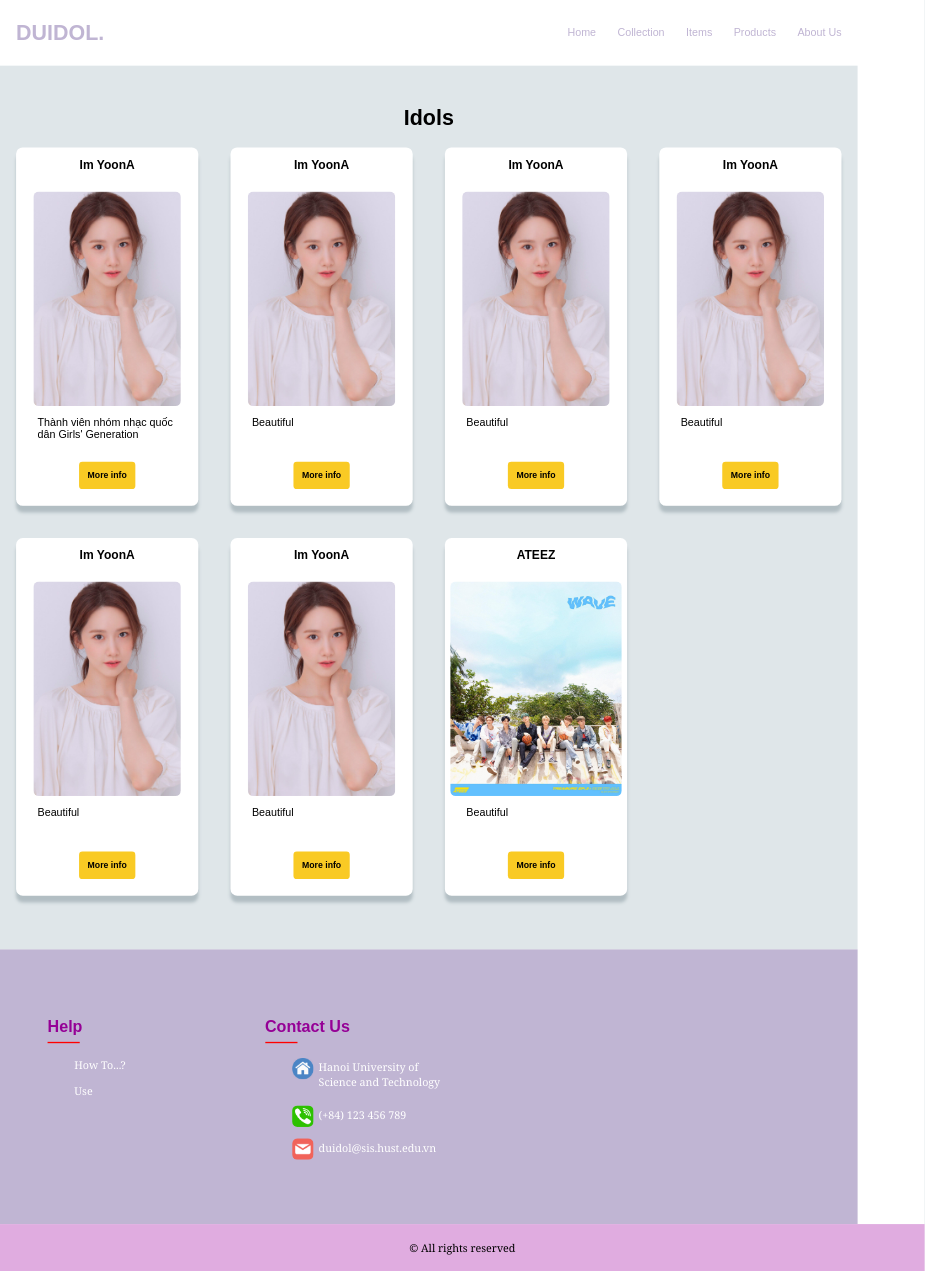
Repository: hangvtt183524/Cong_nghe_Web_va_dich_vu_truc_tuyen_20202
Page: ProjectWeb/src/View/html/idol_list.html
The author's editor kept a copy of each file at every save. The page is drawn from the files as they stood at one save, then again after the next save.
The browser window is 1280 px wide. The page is 1380 px wide, then 1280 px, so the pictures cover 1380 px, including what lies to the right of the window. The pictures show the whole page, at 67% of full size.

Above is the page before, as saved 2021-05-06 15:44:10.

### ProjectWeb/src/View/html/idol_list.html
<html>
	<head>
		<title>Idol List</title>
		<link rel="stylesheet" href="../css/idol_list.css">
		<link rel="stylesheet" href="../css/welcome_page.css">
	</head>
	<body>
		<header>
			<a href="" class="logo">DUIDOL.</a>
            <ul class="navigation">
                <li><a href="">Home</a></li>
                <li><a href="">Collection</a></li>
                <li><a href="">Items</a></li>
                <li><a href="">Products</a></li>
                <li><a href="">About Us</a></li>
            </ul>
		</header>
		<section class="idol-list">
			<div>
				<h1 class="align-center">Idols</h1>
			</div>
			<div class="idol-container">
				<div class="card">
					<div class="name">Im YoonA</div>
					<div class="image">
						<img src="../image/yoona.jpg">
					</div>
					<div class="textblock">
					<div class="text">Thành viên nhóm nhạc quốc dân Girls' Generation</div>
					</div>
					<div>
						<div class="btnblock">
						<a href="../html/info.html" class="info-button">More info</a>
						</div>
					</div>
				</div>



				<div class="card">
					<div class="name">Im YoonA</div>
					<div class="image">
						<img src="../image/yoona.jpg">
					</div>
					<div class="textblock">
					<div class="text">Beautiful</div>
					</div>

					<div>
						<div class="btnblock">
						<a href="../html/info.html" class="info-button">More info</a>
						</div>
					</div>
				</div>



				<div class="card">
					<div class="name">Im YoonA</div>
					<div class="image">
						<img src="../image/yoona.jpg">
					</div>
					<div class="textblock">
					<div class="text">Beautiful</div>
					</div>
					<div>
						<div class="btnblock">
						<a href="../html/info.html" class="info-button">More info</a>
						</div>
					</div>
				</div>

				<div class="card">
					<div class="name">Im YoonA</div>
					<div class="image">
						<img src="../image/yoona.jpg">
					</div>
					<div class="textblock">
					<div class="text">Beautiful</div>
					</div>
					<div>
						<div class="btnblock">
						<a href="../html/info.html" class="info-button">More info</a>
						</div>
					</div>
				</div>

				<div class="card">
					<div class="name">Im YoonA</div>
					<div class="image">
						<img src="../image/yoona.jpg">
					</div>
					<div class="textblock">
					<div class="text">Beautiful</div>
					</div>
					<div>
						<div class="btnblock">
						<a href="../html/info.html" class="info-button">More info</a>
						</div>
					</div>
				</div>

				<div class="card">
					<div class="name">Im YoonA</div>
					<div class="image">
						<img src="../image/yoona.jpg">
					</div>
					<div class="textblock">
					<div class="text">Beautiful</div>
					</div>
					<div>
						<div class="btnblock">
						<a href="../html/info.html" class="info-button">More info</a>
						</div>
					</div>
				</div>

				<div class="card">
					<div class="name">ATEEZ</div>
					<div class="image">
						<img src="../image/ateez-list.jpg">
					</div>
					<div class="textblock">
					<div class="text">Beautiful</div>
					</div>
					<div>
						<div class="btnblock">
						<a href="../html/info.html" class="info-button">More info</a>
						</div>
					</div>
				</div>

			</div>
		</section>
		<footer>
			<div class="container">
				<div class="row">
					<div class="footer-col">
						<h4>Help</h4>
						<ul>
							<li><a href="">How to...?</a>
							<li><a href="">Use</a>
						</ul>
					</div>
					<div class="footer-col">
						<h4>Contact us</h4>
						<ul>
							<li><img src="../image/address_icon.jpg">
							<p>Hanoi University of <br>Science and Technology</p>
							<li><img src="../image/phone_icon.png">
							<p>(+84) 123 456 789</p>
							<li><img src="../image/mail_icon.png">
							<p>duidol@sis.hust.edu.vn</p>
						</ul>
					</div>
				</div>
			</div>
		</footer>
		<div class="copyrightText"><p>© All rights reserved</p></div>
	</body>
</html>

### ProjectWeb/src/View/css/idol_list.css
body {
    font-family: sans-serif;
    margin: 0;
}

.idol-list {
	background-color:#dfe6e9;
	padding-bottom: 5em;
    align-items: center;
    padding-top: 2em;
}

h1 {
	font-size: 2em;
	font-weight: bold;
}
.idol-list .card {
	background-color: white;
	width: 16em;

	margin: auto;
	border-radius: 10px;
	padding: 1em;
	box-shadow: 0px 10px 5px #b2bec3;
	text-align: center;
	font-family: sans-serif;
	max-width: 75%;
	padding-bottom: 30px;
}
.idol-list .card:hover {
	box-shadow: 15px 15px 15px #b2bec3;
	background: #FFEAFF;
}
.card .name {
	font-size: 18px;
	font-weight: bold;
	padding-bottom: 0.7em;
}

.card .image {
	margin-top: 1em;
	width: 100%;
    height: 20em;
    position: relative;
}
.card .image img {
	max-height: 100%;
	border-radius: 0.5em;
	object-fit: cover;
	position: absolute;
	top: 50%;
    transform: translate(-50%, -50%);
}

.card .textblock {
	height: 4em;
	margin-left: 1em;
	margin-right: 1em;
	margin-top: 1em;
	margin-bottom: 0.5em;
}

.card .textblock .text {
	text-align: left;
	font-size: 1rem;
}

.card .btnblock {
	margin-top: 1em;
	margin-bottom: 0.5em;
}

.info-button {
	background-color: #f9ca24;
	color: black;
	border: none;
	padding: 1em;
	border-radius: 5px;
	font-weight: bold;
	font-size: 13px;
	text-decoration: none;
}

.info-button:hover {
	box-shadow: 0px 5px 5px #b2bec3;
	color: #eb4db4;
}

.idol-container {
	display: grid;
	grid-template-columns: repeat(4, 1fr);
	grid-row-gap: 3em;
}

.align-center {
	text-align: center;
}

footer {
	background-color: #c0b5d3;
	padding: 70px 0;
}

footer .container {
	max-width: 1170px;
	margin: auto;
}

.footer-col {
	width: 25%;
	padding: 0 1em;
}
.footer-col h4 {
	font-size: 1.5em;
	color: #950096;
	text-transform: capitalize;
	position: relative;

}

.footer-col h4::before {
	content: '';
	position: absolute;
	left: 0;
	bottom: -10px;
	height: 2px;
	background-color: red;
	box-sizing: border-box;
	width: 2em;
}

.footer-col li {
	display: flex;
	margin-bottom: 0.5em;
}
.footer-col ul li a {
	color: white;
	text-transform: capitalize;
	text-decoration: none;
	font-family: Cambria;
	font-size: 1em;
	margin-bottom: 0.5em;
	display: block;
}


.footer-col ul li a:hover {
	color: #700470;
	padding-left: 1em;

}

.footer-col p {
	margin-top: 0.2em;
	font-size: 1em;
	font-family: Cambria;
	color: white;
}
.footer-col img {
	border-radius: 0.5em;
	max-height: 2em;
	margin-right: 0.5em;
}

ul {
	list-style: none;
}

footer .container .h3 {
	color: white;
}

.container .row {
	display: flex;
	flex-wrap: wrap;
}

.copyrightText {
	width: 100%;
	background: #E0ACE0;
	text-align: center;
	font-family: Cambria;
	padding: 8px 50px;
}

@media only screen and (max-width: 991px){
	.idol-container {
		grid-template-columns: 1fr;
	}
	.card {
        width: 25em;
    }
    .album .image {
        height: 25em;
    }
}

### ProjectWeb/src/View/css/welcome_page.css

body {
    margin: 0;
    font-family: sans-serif;
}
.bg {
    display: grid;
    grid-template-columns: 2fr 1fr;
    background-color: #c0b5d3;
}
.bg2 img {
    width: 100%;
}
.bg1 {
    display: flex;
    justify-content: center;
    align-items: center;
}
.bg1-1 h2 {
    font-size: 5rem;
    line-height: 0.1em;
    font-family: sans-serif;
    color: white;
    position: relative;
    z-index: 1;
}
.bg1-1 h2::before {
    content: ' ';
    position: absolute;
    width: 2.5em;
    height: 0.25em;
    background: #ab91d8;
    bottom: -35;
    z-index: -1;
    margin-left: -0.9em;
}
.bg1-1 p {
    font-size: 3rem;
    color: white;
    position: relative;
    z-index: 1;
}
.bg1-1 p::before {
    content: ' ';
    position: absolute;
    width: 2.5em;
    height: 0.3em;
    background: #ab91d8;
    bottom: 0;
    z-index: -1;
    margin-left: 10em;
}
.bg1-1 p span {
    font-size: 1.5rem;
    display: block;
    font-weight: 500;
}
header {
    background-color: white;
    padding: 1.5em;
    display: flex;
    justify-content: space-between;
    align-items: center;
}
.logo {
    font-weight: bold;
    text-decoration: none;
    font-size: 2em;
    color: #c0b5d3;
}
.navigation {
    display: flex;
    position: relative;
}
.navigation li {
    list-style: none;
    margin-left: 2em;
}
.navigation li a {
    text-decoration: none;
    font-size: 1em;
    color: #c0b5d3;
}

After the next save:
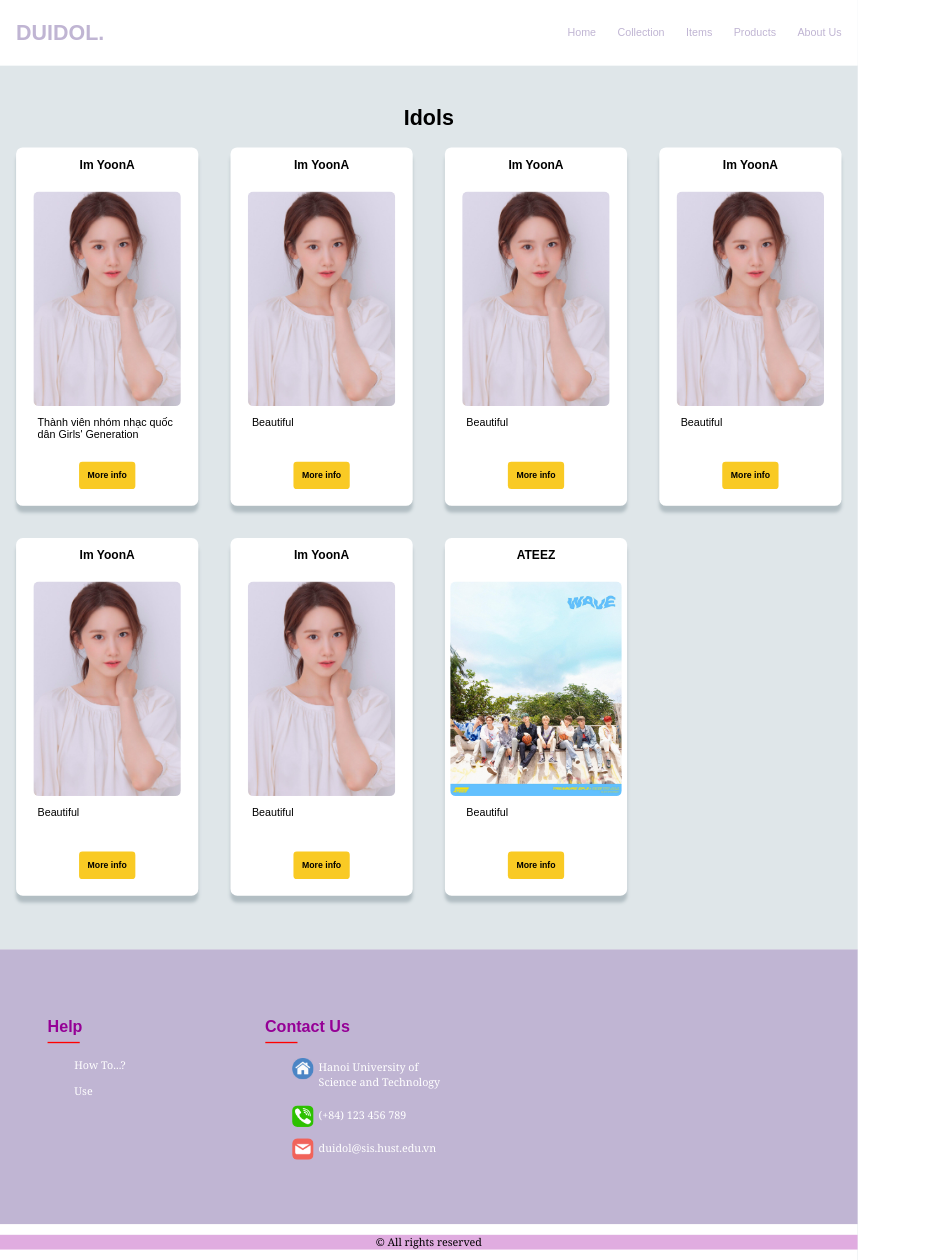
Saved 15 s later.
--- a/ProjectWeb/src/View/css/idol_list.css
+++ b/ProjectWeb/src/View/css/idol_list.css
@@ -180,7 +180,7 @@
 	background: #E0ACE0;
 	text-align: center;
 	font-family: Cambria;
-	padding: 8px 50px;
+
 }
 
 @media only screen and (max-width: 991px){
